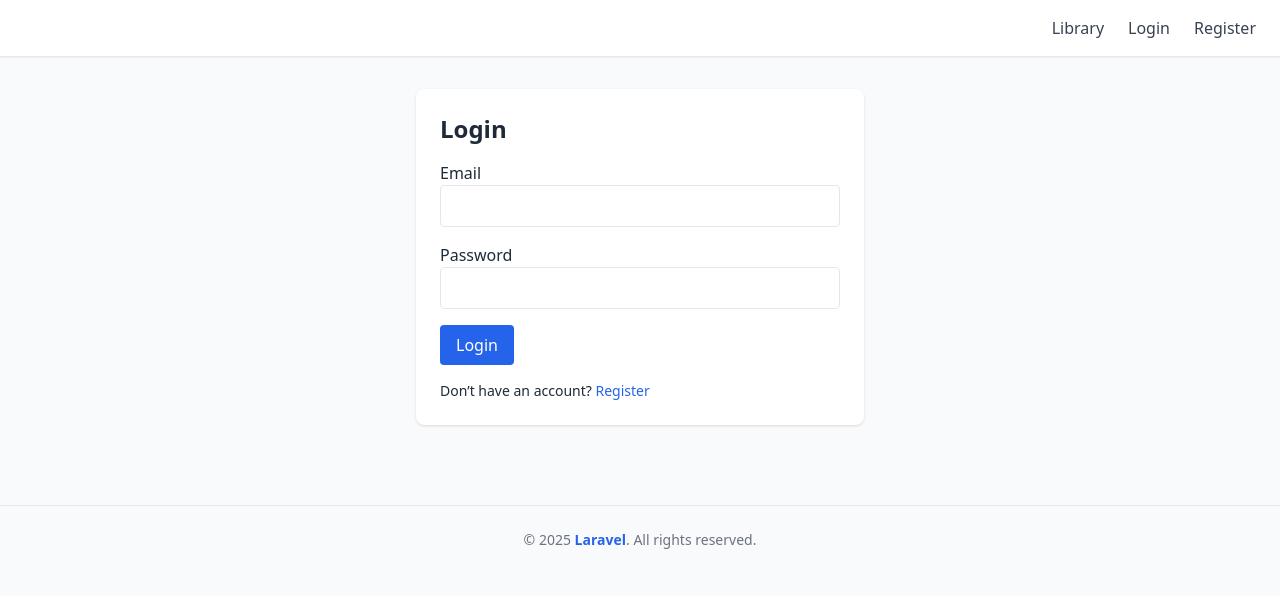
Repository: daffa-alif/lomba-NeuroGamy
Page: http://localhost/login
These files come from the project's save history. The page is drawn as it stood at one moment and after the next save; the edit follows.
The browser window is 1280 px wide. The pictures show the whole page.
Some web libraries are served in a nearby version. The page is served by the project's Laravel application, run on PHP 8.4 with Laravel 12. Other server files are loaded and not shown.

Above is the page before, as saved 2025-10-02 22:29:08.

### routes/web.php
<?php

use Illuminate\Support\Facades\Route;
use Illuminate\Support\Facades\Storage;
use App\Http\Controllers\{AiController, AuthController, BookController, UserController, BookClassificationController, LibraryController, ReadingController, ScoreLogsController, QuizController, ProfileController};
use App\Models\Book;

Route::get('/', function () {
    return view('welcome');
});

Route::get('/library', [LibraryController::class, 'index'])->name('library.index');
Route::get('/library/book/{id}', [LibraryController::class, 'show'])->name('library.show');
Route::get('/library/download/{id}', [LibraryController::class, 'download'])->name('library.download');

// AJAX routes
Route::get('/api/books-by-category', [LibraryController::class, 'getBooksByCategory']);
Route::get('/api/categories', [LibraryController::class, 'getCategories']);

Route::get('/login', [AuthController::class, 'viewLogin'])->name('login');
Route::post('/login', [AuthController::class, 'login']);

Route::get('/register', [AuthController::class, 'viewRegister'])->name('register');
Route::post('/register', [AuthController::class, 'register']);

Route::post('/logout', [AuthController::class, 'logout'])->name('logout');

Route::post('/ai/generate', [AiController::class, 'generate'])->name('ai.generate');



// Admin routes
Route::middleware(['auth', 'admin'])->prefix('admin')->group(function () {
    Route::get('/dashboard', function () {
        return view('Admin.dashboard');
    })->name('admin.dashboard');

 Route::get('/users', [UserController::class, 'index'])
        ->name('users.index');

  Route::get('/dashboard', fn() => view('Admin.dashboard'))->name('admin.dashboard');

  Route::get('/users', [UserController::class, 'index'])->name('users.index');

  Route::resource('classifications', BookClassificationController::class);
  Route::resource('books', \App\Http\Controllers\BookController::class);

});

Route::get('/books/file/{filename}', function ($filename) {
    $path = storage_path('app/private/public/books/' . $filename);

    if (!file_exists($path)) {
        abort(404);
    }

    return response()->file($path);
})->name('books.file')->middleware(['auth', 'admin']);


Route::get('/reading/file/{id}', function ($id) {
    $book = App\Models\Book::findOrFail($id);

    $path = $book->file_name; // contoh: "books/1758301447_1000133087.pdf"

    if (!Storage::disk('private')->exists($path)) {
        abort(404, "File not found: {$path}");
    }

    return response()->file(Storage::disk('private')->path($path));
})->name('reading.file');


Route::middleware(['auth'])->group(function () {
    Route::get('/reading/file/{id}', function ($id) {
        $book = Book::findOrFail($id);

        $path = $book->file_name;

        if (!Storage::disk('private')->exists($path)) {
            abort(404);
        }

        return response()->file(Storage::disk('private')->path($path));
    })->name('reading.file');
    Route::get('/reading/{book}', [ReadingController::class, 'index'])->name('reading.index');
    Route::post('/reading/{book}/summarize', [ReadingController::class, 'summarize'])->name('reading.summarize');
    Route::post('/scorelogs', [ScoreLogsController::class, 'store'])->name('scorelogs.store');

Route::get('/quiz/confirmation/{book}/{pages?}', [QuizController::class, 'Confirmation'])
    ->name('Confirmation');

// Halaman quiz
Route::get('/quiz', [QuizController::class, 'index'])
    ->name('quiz.index');

// Submit jawaban quiz
Route::post('/quiz/submit', [QuizController::class, 'submit'])
    ->name('quiz.submit');

    Route::get('/quiz/end', function () {
    return view('end');
})->name('quiz.end');

    Route::get('/profile', [ProfileController::class, 'index'])->name('profile.index');
      Route::get('/profile', [App\Http\Controllers\ProfileController::class, 'index'])->name('profile.index');
    Route::get('/profile/edit', [App\Http\Controllers\ProfileController::class, 'edit'])->name('profile.edit');
    Route::post('/profile/update', [App\Http\Controllers\ProfileController::class, 'update'])->name('profile.update');
});

### app/Http/Controllers/AuthController.php
<?php

namespace App\Http\Controllers;

use Illuminate\Http\Request;
use Illuminate\Support\Facades\Auth;
use Illuminate\Support\Facades\Hash;
use App\Models\User;

class AuthController extends Controller
{
    public function viewLogin()
    {
        return view('Auth.login');
    }

    public function viewRegister()
    {
        return view('Auth.register');
    }

    public function login(Request $request)
    {
        $credentials = $request->validate([
            'email'    => ['required', 'email'],
            'password' => ['required'],
        ]);

        if (Auth::attempt($credentials)) {
            $request->session()->regenerate();

            $user = Auth::user();

            // ✅ cek role
            if ($user->role === 'admin') {
                return redirect()->intended('/admin/dashboard');
            }

            return redirect()->intended('/library');
        }

        return back()->withErrors([
            'email' => 'Invalid credentials.',
        ])->withInput();
    }

    public function register(Request $request)
    {
        $data = $request->validate([
            'name'     => ['required', 'string', 'max:255'],
            'email'    => ['required', 'email', 'unique:users,email'],
            'password' => ['required', 'min:6', 'confirmed'],
        ]);

        $user = User::create([
            'name'     => $data['name'],
            'email'    => $data['email'],
            'password' => Hash::make($data['password']),
            'role'     => 'user', // default role
        ]);

        Auth::login($user);

        return redirect('/chatbot');
    }

    public function logout(Request $request)
    {
        Auth::logout();
        $request->session()->invalidate();
        $request->session()->regenerateToken();

        return redirect('/login');
    }
}

### resources/views/Auth/login.blade.php
@extends('layouts.app')

@section('content')
<div class="max-w-md mx-auto bg-white p-6 rounded-lg shadow">
    <h2 class="text-2xl font-bold mb-4">Login</h2>

    <form method="POST" action="{{ route('login') }}">
        @csrf
        <div class="mb-4">
            <label class="block">Email</label>
            <input type="email" name="email" value="{{ old('email') }}"
                   class="w-full border rounded px-3 py-2" required>
            @error('email') <p class="text-red-500 text-sm">{{ $message }}</p> @enderror
        </div>

        <div class="mb-4">
            <label class="block">Password</label>
            <input type="password" name="password" class="w-full border rounded px-3 py-2" required>
            @error('password') <p class="text-red-500 text-sm">{{ $message }}</p> @enderror
        </div>

        <button type="submit" class="bg-blue-600 text-white px-4 py-2 rounded">
            Login
        </button>
    </form>

    <p class="mt-4 text-sm">
        Don’t have an account?
        <a href="{{ route('register') }}" class="text-blue-600">Register</a>
    </p>
</div>
@endsection

### resources/views/layouts/app.blade.php
<!DOCTYPE html>
<html lang="{{ str_replace('_', '-', app()->getLocale()) }}">
<head>
    <meta charset="utf-8">
    <meta name="viewport" content="width=device-width, initial-scale=1">

    <title>{{ config('app.name', 'Neurogamy') }}</title>

    <!-- TailwindCSS via CDN -->
    <script src="https://cdn.tailwindcss.com"></script>

    <!-- CSRF Token for JS fetch -->
    <meta name="csrf-token" content="{{ csrf_token() }}">
</head>
<body class="antialiased bg-gray-50 text-gray-800 font-sans">

    <!-- Navbar -->
    <nav class="bg-white border-b border-gray-200 shadow-sm">
        <div class="max-w-7xl mx-auto px-6 py-4 flex justify-between items-center">
            <!-- Logo -->
            <a href="{{ url('/') }}" class="text-2xl font-bold text-blue-600 hover:text-blue-700 transition">

            </a>

            <!-- Menu -->
            <div class="flex items-center space-x-6">
                <a href="{{ url('/library') }}" class="text-gray-700 hover:text-blue-600 transition">Library</a>

                @auth
                <!-- Profile -->
                <div class="flex items-center space-x-3">
                    <!-- Avatar -->
                    <a href="{{ route('profile.index') }}" class="w-9 h-9 rounded-full overflow-hidden border border-gray-300">
                        @if(Auth::user()->profile_image)
                            <img src="{{ asset('storage/' . Auth::user()->profile_image) }}"
                                 alt="Profile" class="w-full h-full object-cover">
                        @else
                            <img src="https://ui-avatars.com/api/?name={{ urlencode(Auth::user()->name) }}&background=random"
                                 alt="Profile" class="w-full h-full object-cover">
                        @endif
                    </a>

                    <!-- Username -->
                    <a href="{{ route('profile.index') }}"
                       class="text-sm font-medium text-gray-800 hover:text-blue-600 transition">
                        {{ Auth::user()->name }}
                    </a>

                    <!-- Logout -->
                    <form action="{{ route('logout') }}" method="POST" class="ml-2">
                        @csrf
                        <button type="submit"
                                class="px-3 py-1 text-xs text-red-600 border border-red-300 rounded hover:bg-red-50 transition">
                            Logout
                        </button>
                    </form>
                </div>
                @else
                    <a href="{{ url('/login') }}" class="text-gray-700 hover:text-blue-600 transition">Login</a>
                    <a href="{{ url('/register') }}" class="text-gray-700 hover:text-blue-600 transition">Register</a>
                @endauth
            </div>
        </div>
    </nav>

    <!-- Main Content -->
    <main class="max-w-7xl mx-auto px-6 py-8">
        @yield('content')
    </main>

    <!-- Footer -->
    <footer class="mt-12 border-t border-gray-200 py-6 text-center text-gray-500 text-sm">
        &copy; {{ date('Y') }}
        <span class="font-semibold text-blue-600">{{ config('app.name', 'Laravel Chatbot') }}</span>.
        All rights reserved.
    </footer>

</body>
</html>

Loaded but not shown: app/Http/Controllers/Controller.php (common file)

After the next save:
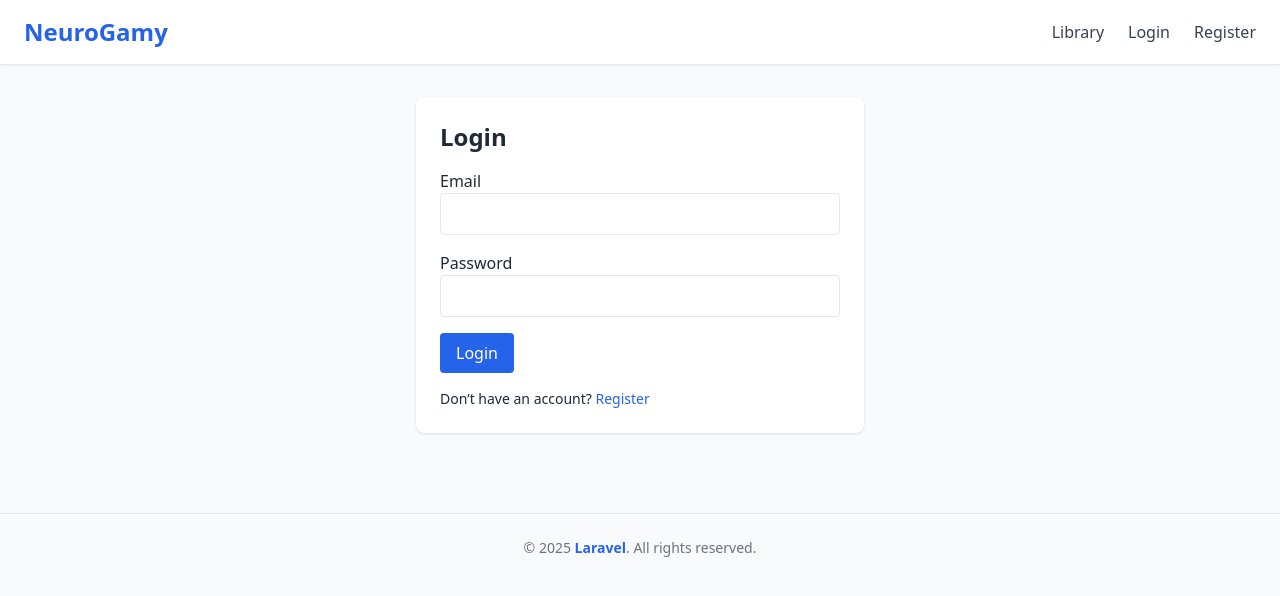
Saved 5 s later.
--- a/resources/views/layouts/app.blade.php
+++ b/resources/views/layouts/app.blade.php
@@ -19,7 +19,7 @@
         <div class="max-w-7xl mx-auto px-6 py-4 flex justify-between items-center">
             <!-- Logo -->
             <a href="{{ url('/') }}" class="text-2xl font-bold text-blue-600 hover:text-blue-700 transition">
-
+                NeuroGamy
             </a>
 
             <!-- Menu -->
